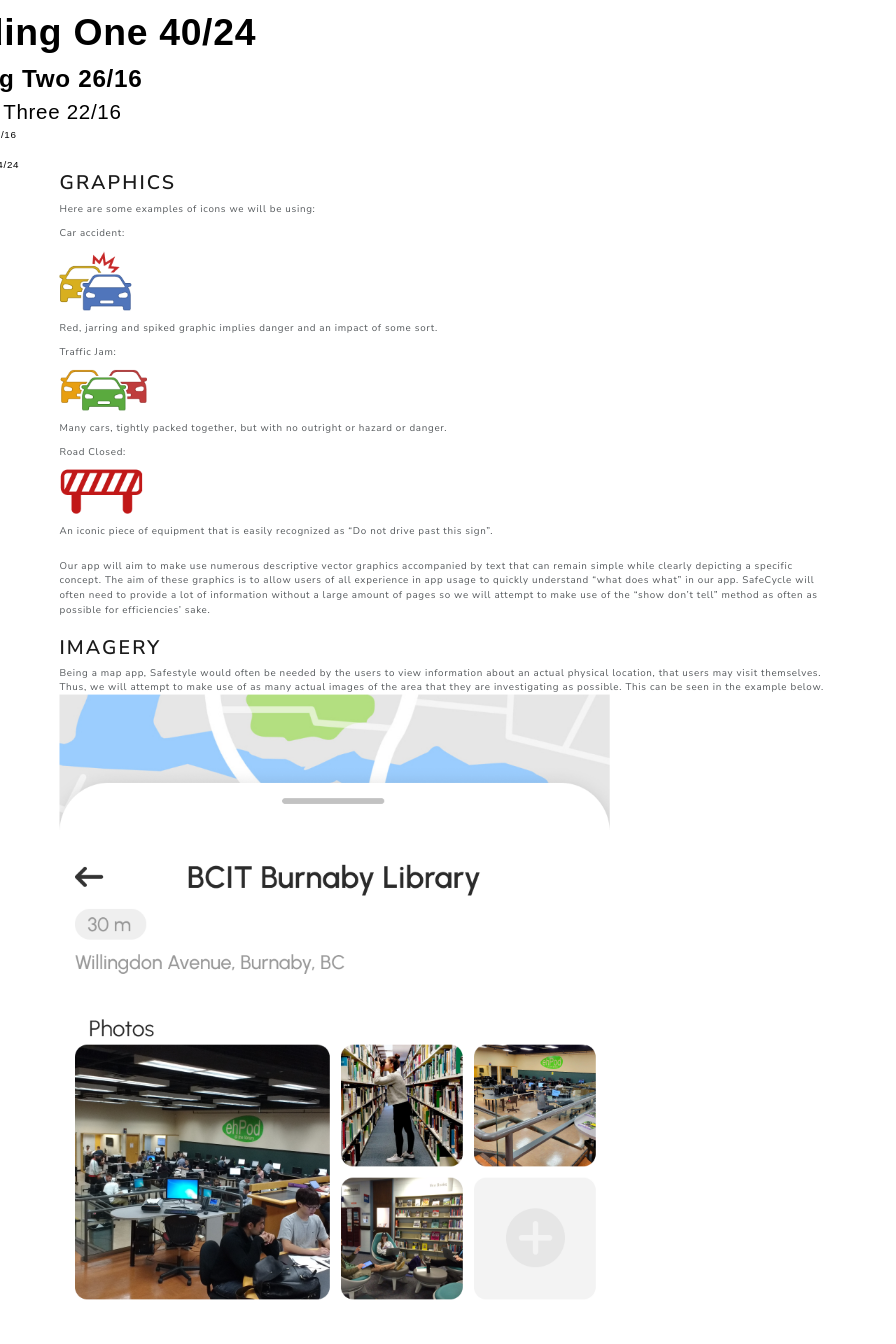
Repository: Aladdin3r/safecycle-styleguide
Page: /
An editor plug-in stored every save of this project. The page is shown before and after the next save, followed by the edit.
The browser window is 1280 px wide. The pictures show the part of the page from y = 2716 to 4636 px (the page is 5542 px tall before and 5598 px after), at 70% of full size.
The project was rebuilt for these pictures with package versions that can differ from the ones it lists, and the page was loaded fresh each time. The framework's server and built-in components were replaced by stand-ins that run in the browser. Also part of the build but not shown: next.config.mjs.

Above is the page before, as saved 2024-04-09 22:28:26.

After the next save:
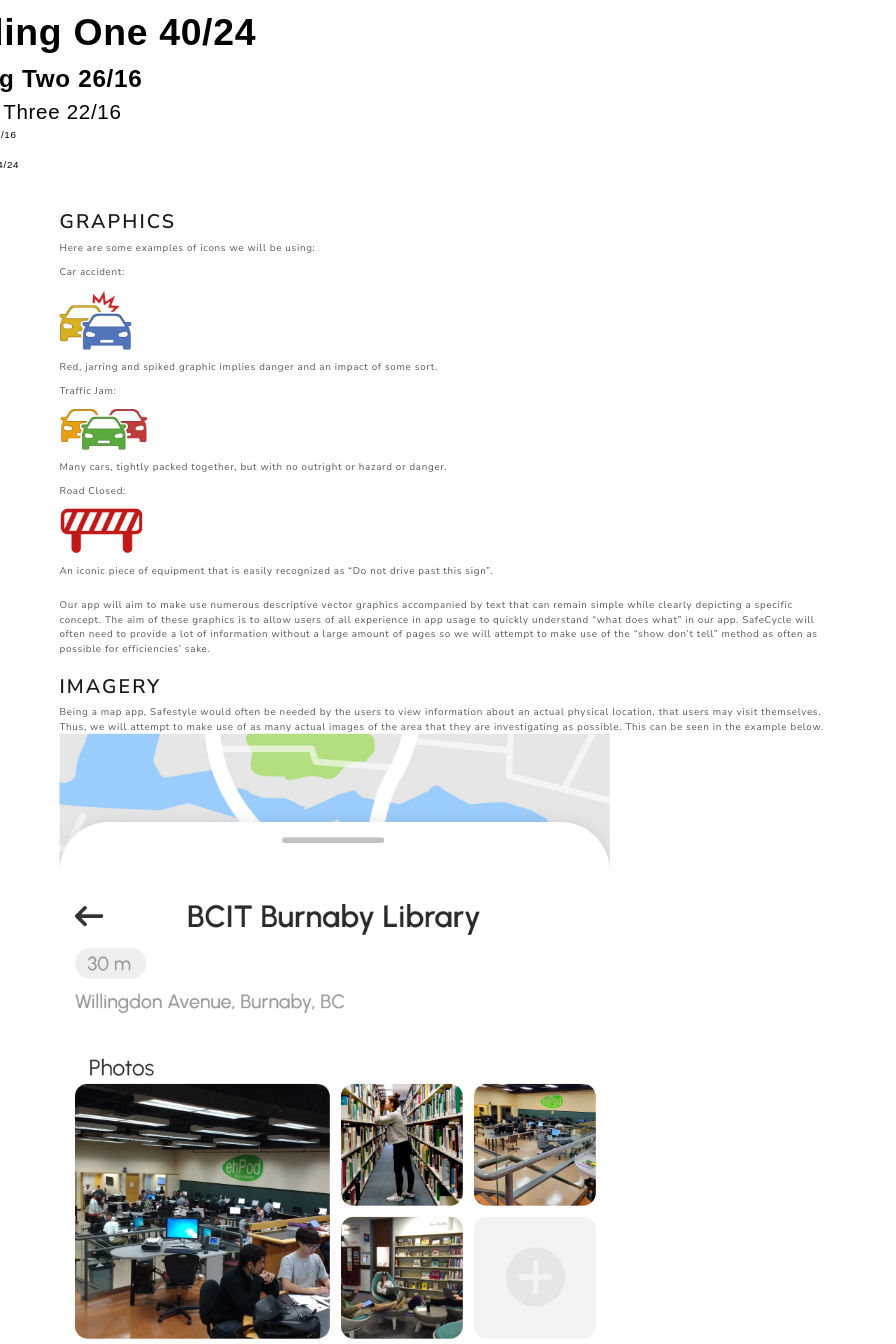
Saved 18 s later.
--- a/pages/index.js
+++ b/pages/index.js
@@ -177,7 +177,7 @@
         <div className={styles.h4Typo}>Heading Four 20/16</div>
         <div className={styles.BodyTypo}>Body 14/24</div>
         <div className={styles.ButtonMetaTypo}>Button + Meta 14/24</div>
-        <h2>GRAPHICS</h2>
+        <h2 className={styles.graphicTitle}>GRAPHICS</h2>
         <div>Here are some examples of icons we will be using:</div>
         <div className={styles.graphicName}>Car accident:</div>
         <img className={styles.carCrash} src="/carCrash.png" alt="Car Accident"></img>
